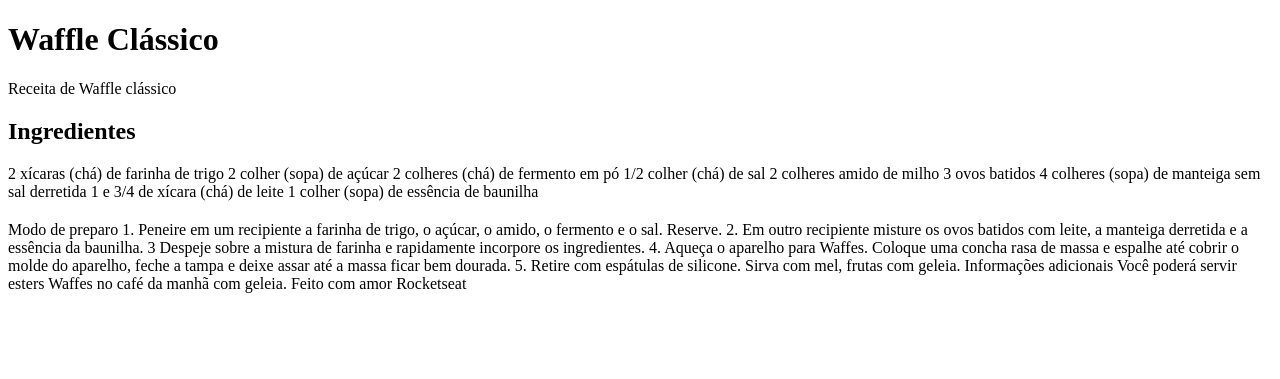
Repository: mferoc/MentoriaMais1CodeG7
Page: desafios-rocketseat-discover/Pagina_de_Receita/Página de Receita/index.html
These files come from the project's save history. The page is drawn as it stood at one moment and after a run of saves; the edit follows.
The browser window is 1280 px wide. The pictures show the whole page.

Above is the page before, as saved 2022-06-29 20:17:27.

### desafios-rocketseat-discover/Pagina_de_Receita/Página de Receita/index.html
<!DOCTYPE html>
<html lang="pt-br">
<head>
    <meta charset="UTF-8">
    <meta http-equiv="X-UA-Compatible" content="IE=edge">
    <meta name="viewport" content="width=device-width, initial-scale=1.0">
    <title>Página de Receita</title>
</head>
<body>

<h1>Waffle Clássico</h1>

Receita de Waffle clássico

<h2>Ingredientes</h2>

2 xícaras (chá) de farinha de trigo
2 colher (sopa) de açúcar
2 colheres (chá) de fermento em pó
1/2 colher (chá) de sal
2 colheres amido de milho
3 ovos batidos
4 colheres (sopa) de manteiga sem sal derretida
1 e 3/4 de xícara (chá) de leite
1 colher (sopa) de essência de baunilha

<h2></h2>Modo de preparo

1. Peneire em um recipiente a farinha de trigo, o açúcar, o amido, o fermento e o sal. Reserve.
2. Em outro recipiente misture os ovos batidos com leite, a manteiga derretida e a essência da baunilha.
3 Despeje sobre a mistura de farinha e rapidamente incorpore os ingredientes.
4. Aqueça o aparelho para Waffes. Coloque uma concha rasa de massa e espalhe até cobrir o molde do aparelho, feche a tampa e deixe assar até a massa ficar bem dourada.
5. Retire com espátulas de silicone. Sirva com mel, frutas com geleia.

Informações adicionais

Você poderá servir esters Waffes no café da manhã com geleia.

Feito com amor Rocketseat


</body>
</html>

After the next 2 saves:
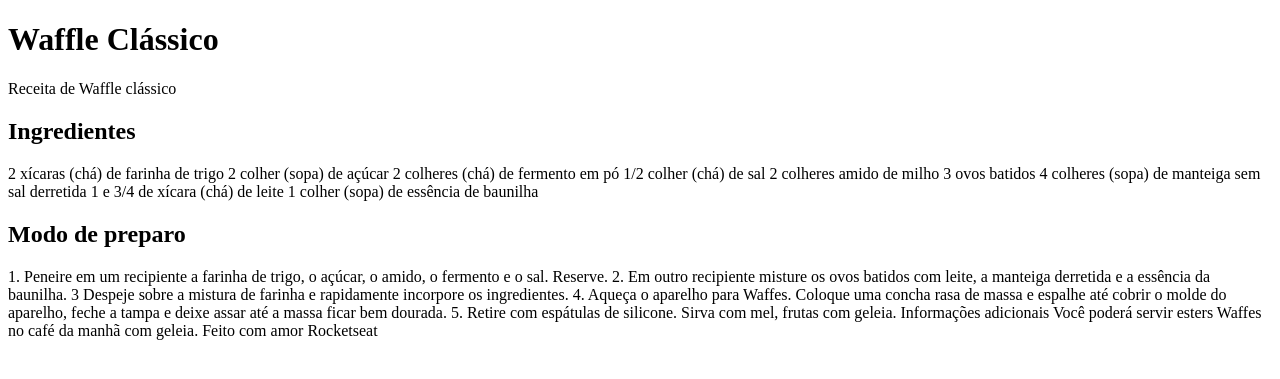
The 2 saves are shown as one change because they came seconds apart.
The last was saved 5 s later.
--- a/desafios-rocketseat-discover/Pagina_de_Receita/Página de Receita/index.html
+++ b/desafios-rocketseat-discover/Pagina_de_Receita/Página de Receita/index.html
@@ -24,7 +24,7 @@
 1 e 3/4 de xícara (chá) de leite
 1 colher (sopa) de essência de baunilha
 
-<h2></h2>Modo de preparo
+<h2>Modo de preparo</h2>
 
 1. Peneire em um recipiente a farinha de trigo, o açúcar, o amido, o fermento e o sal. Reserve.
 2. Em outro recipiente misture os ovos batidos com leite, a manteiga derretida e a essência da baunilha.
